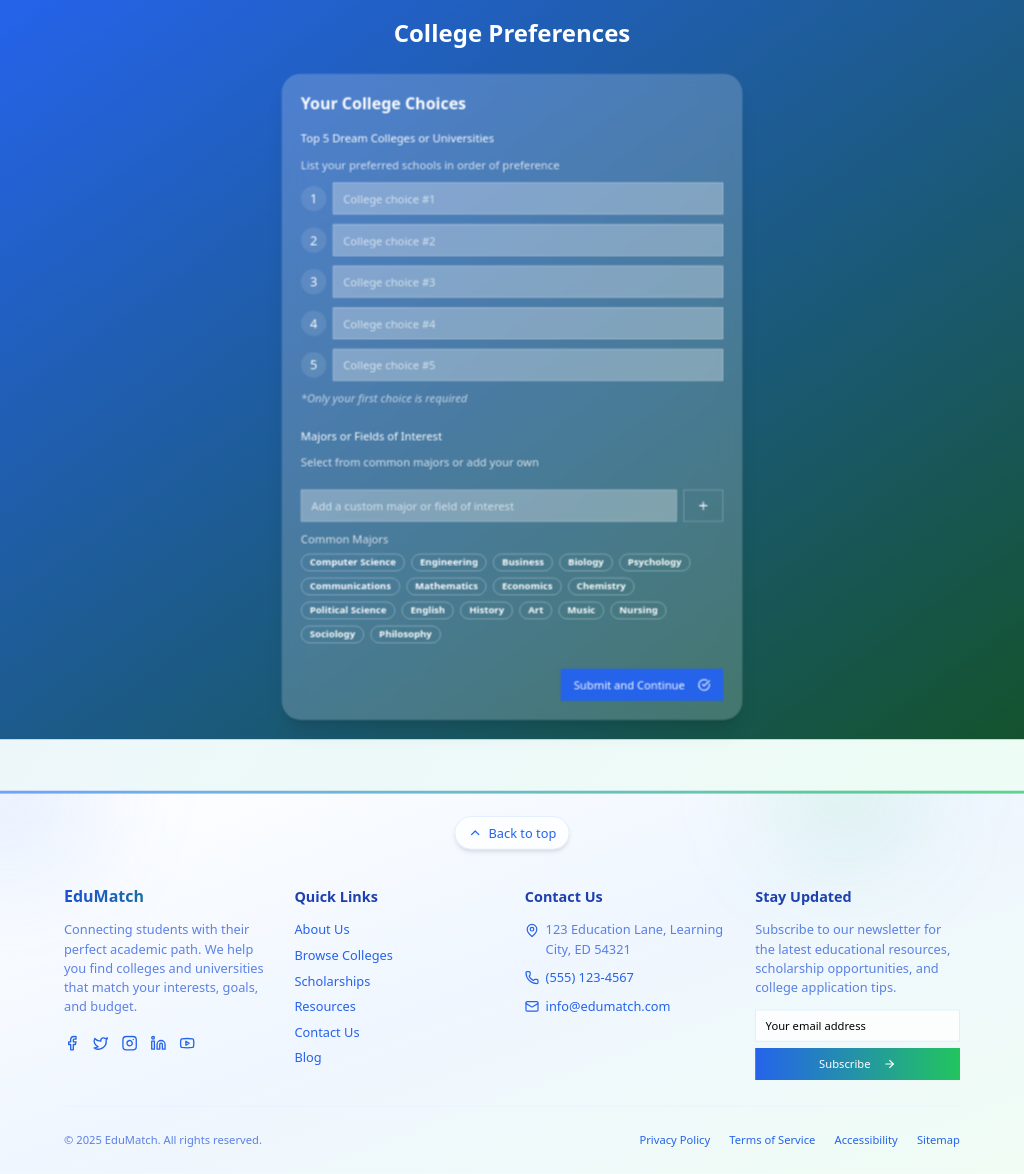
Repository: Kish202/EdTech
Page: /college-preferences
An editor plug-in stored every save of this project. The page is shown before and after the next save, followed by the edit.
The browser window is 1280 px wide. The pictures show the whole page, at 80% of full size.
The project was rebuilt for these pictures with package versions that can differ from the ones it lists, and the page was loaded fresh each time. Also part of the build but not shown: vite.config.js, src/components/sections/Navbar.jsx, src/components/registerforms/RegisterForm.jsx, src/components/sections/Hero.jsx, src/components/sections/Steps.jsx, src/components/ui/avatar.jsx, src/components/sections/Testmonials.jsx, src/components/ui/select.jsx and 12 more.

Above is the page before, as saved 2025-04-18 18:53:25.

### src/index.css

@import "slick-carousel/slick/slick.css";
@import "slick-carousel/slick/slick-theme.css";

@tailwind base;
@tailwind components;
@tailwind utilities;

### src/App.jsx
import { useState } from 'react'
import reactLogo from './assets/react.svg'
import viteLogo from '/vite.svg'
import './App.css'
import Navbar from './components/sections/Navbar'
import { BrowserRouter as Router, Routes, Route } from 'react-router-dom';
import RegisterForm from './components/registerforms/RegisterForm'
import HeroSection from './components/sections/Hero'
import ProcessSection from './components/sections/Steps'
import TestimonialSection from './components/sections/Testmonials'
import Footer from './components/sections/Footer'
import RegistrationForm from './components/registerforms/Form1'
import InfoCard from './components/registerforms/Form2'
import CollegePreferencesCard from './components/registerforms/Form3'
import ExperienceActivitiesCard from './components/registerforms/Form4'
import FinancialInfoCard from './components/registerforms/Form5'
import EtcInfoCard from './components/registerforms/Form6'

import Home from './components/pages/Home'
// import RegistrationForm from './../.history/src/components/registerforms/Form1_20250417215614';
function App() {
  const [count, setCount] = useState(0)

  return (

<Router>
    <div className="min-h-screen bg-gradient-to-br from-blue-100/50 to-green-100/50">




<Routes>

<Route path="/" element={<Home/>} />

<Route path="/register" element={<RegistrationForm/>} />
<Route path="/academic-info" element={<InfoCard/>} />
<Route path="/college-preferences" element={<CollegePreferencesCard/>} />
<Route path="/experience-activities" element={<ExperienceActivitiesCard/>} />
<Route path="/financial-info" element={<FinancialInfoCard/>} />
<Route path="/etc-info" element={<EtcInfoCard/>} />

</Routes>


<Footer/>
       </div>
       </Router>

  )
}

export default App

### src/components/registerforms/Form3.jsx
import React, { useState, useEffect } from 'react';
import { Card, CardContent, CardFooter } from '@/components/ui/card';
import { Input } from '@/components/ui/input';
import { Button } from '@/components/ui/button';
import { Label } from '@/components/ui/label';
import { ChevronRight, AlertCircle, X, Plus, CheckCircle } from 'lucide-react';
import { Badge } from '@/components/ui/badge';
import {useNavigate} from "react-router-dom"

export default function CollegePreferencesCard() {
  // State for form data
  const [formData, setFormData] = useState({
    colleges: ['', '', '', '', ''],
    majors: []
  });

  const navigate = useNavigate();
  // State for new major input
  const [newMajor, setNewMajor] = useState('');

  // State for errors
  const [errors, setErrors] = useState({});

  // Common majors/fields of interest
  const commonMajors = [
    "Computer Science", "Engineering", "Business", "Biology",
    "Psychology", "Communications", "Mathematics", "Economics",
    "Chemistry", "Political Science", "English", "History",
    "Art", "Music", "Nursing", "Sociology", "Philosophy"
  ];

  // Load data from local storage on component mount
  useEffect(() => {
    const savedData = localStorage.getItem('collegePreferencesData');
    if (savedData) {
      try {
        const parsedData = JSON.parse(savedData);
        setFormData(parsedData);
      } catch (e) {
        console.error("Error parsing saved data:", e);
      }
    }
  }, []);

  // Handle college input changes
  const handleCollegeChange = (index, value) => {
    const updatedColleges = [...formData.colleges];
    updatedColleges[index] = value;

    setFormData({
      ...formData,
      colleges: updatedColleges
    });

    // Clear error when user types
    if (errors.colleges) {
      setErrors({ ...errors, colleges: '' });
    }
  };

  // Add a major from the pre-defined list
  const addCommonMajor = (major) => {
    if (!formData.majors.includes(major)) {
      const updatedMajors = [...formData.majors, major];
      setFormData({
        ...formData,
        majors: updatedMajors
      });

      // Clear error when user adds a major
      if (errors.majors) {
        setErrors({ ...errors, majors: '' });
      }
    }
  };

  // Add a custom major
  const addCustomMajor = () => {
    if (newMajor.trim() !== '' && !formData.majors.includes(newMajor.trim())) {
      const updatedMajors = [...formData.majors, newMajor.trim()];
      setFormData({
        ...formData,
        majors: updatedMajors
      });
      setNewMajor('');

      // Clear error when user adds a major
      if (errors.majors) {
        setErrors({ ...errors, majors: '' });
      }
    }
  };

  // Remove a major
  const removeMajor = (major) => {
    const updatedMajors = formData.majors.filter(m => m !== major);
    setFormData({
      ...formData,
      majors: updatedMajors
    });
  };

  // Handle input for custom major
  const handleNewMajorChange = (e) => {
    setNewMajor(e.target.value);
  };

  // Handle Enter key press on custom major input
  const handleKeyPress = (e) => {
    if (e.key === 'Enter') {
      e.preventDefault();
      addCustomMajor();
    }
  };

  // Validate form
  const validateForm = () => {
    let formErrors = {};
    let isValid = true;

    // Validate at least one college is entered
    if (!formData.colleges[0] || formData.colleges[0].trim() === '') {
      formErrors.colleges = 'Please enter at least your top college choice';
      isValid = false;
    }

    // Validate majors
    if (formData.majors.length === 0) {
      formErrors.majors = 'Please select or enter at least one major or field of interest';
      isValid = false;
    }

    setErrors(formErrors);
    return isValid;
  };

  // Handle submit button click
  const handleSubmit = () => {
    if (validateForm()) {
      // Store in local storage
      localStorage.setItem('collegePreferencesData', JSON.stringify(formData));
      navigate('/experience-activities')
      // Simulate navigation to next page
      alert("Data saved! Ready to navigate to the next page.");
      // In a real application, you would use something like:
      // navigate('/next-page');
    }
  };

  // Error message component
  const ErrorMessage = ({ error }) => {
    if (!error) return null;

    return (
      <div className="text-red-400 text-sm mt-1 flex items-center">
        <AlertCircle className="h-3 w-3 mr-1" />
        {error}
      </div>
    );
  };

  return (
    <div className="min-h-screen flex flex-col items-center justify-center p-6 bg-gradient-to-br from-blue-600 to-green-900">
      <h1 className="text-3xl font-bold text-white mb-8 text-center">
        College Preferences
      </h1>

      <Card className="bg-white/20 backdrop-blur-md shadow-xl border-0 transition-all duration-300 transform max-w-xl w-full rounded-3xl">
        <CardContent className="pt-6">
          <h2 className="text-xl font-semibold mb-4 text-white">Your College Choices</h2>

          <div className="space-y-6">
            {/* Dream Colleges */}
            <div className="space-y-3">
              <Label className="text-white font-medium">Top 5 Dream Colleges or Universities</Label>
              <p className="text-white/80 text-sm">
                List your preferred schools in order of preference
              </p>

              {formData.colleges.map((college, index) => (
                <div key={index} className="flex items-center space-x-2">
                  <div className="flex items-center justify-center bg-white/10 rounded-full w-8 h-8 shrink-0">
                    <span className="text-white font-medium">{index + 1}</span>
                  </div>
                  <Input
                    value={college}
                    onChange={(e) => handleCollegeChange(index, e.target.value)}
                    className={`bg-white/30 text-white placeholder:text-white/70 border-white/30 flex-1 ${
                      index === 0 && errors.colleges ? 'border-red-400' : 'border-white/30'
                    }`}
                    placeholder={`College choice #${index + 1}`}
                  />
                </div>
              ))}

              {errors.colleges && <ErrorMessage error={errors.colleges} />}

              <p className="text-white/70 italic text-sm mt-1">
                *Only your first choice is required
              </p>
            </div>

            {/* Majors/Fields of Interest */}
            <div className="space-y-3">
              <Label className="text-white font-medium">
                Majors or Fields of Interest
              </Label>
              <p className="text-white/80 text-sm">
                Select from common majors or add your own
              </p>

              {/* Selected majors display */}
              <div className="flex flex-wrap gap-2 mb-2">
                {formData.majors.map((major, index) => (
                  <Badge
                    key={index}
                    className="bg-green-600 hover:bg-green-700 text-white px-3 py-1 flex items-center"
                  >
                    {major}
                    <button
                      onClick={() => removeMajor(major)}
                      className="ml-2 hover:bg-white/20 rounded-full p-1"
                    >
                      <X className="h-3 w-3" />
                    </button>
                  </Badge>
                ))}
              </div>

              {/* Custom major input */}
              <div className="flex space-x-2">
                <Input
                  value={newMajor}
                  onChange={handleNewMajorChange}
                  onKeyPress={handleKeyPress}
                  className="bg-white/30 text-white placeholder:text-white/70 border-white/30 flex-1"
                  placeholder="Add a custom major or field of interest"
                />
                <Button
                  onClick={addCustomMajor}
                  variant="outline"
                  className="border-white/30 text-white hover:bg-white/20 hover:text-white"
                >
                  <Plus className="h-4 w-4" />
                </Button>
              </div>

              {/* Common majors */}
              <div className="mt-3">
                <Label className="text-white/80 text-sm mb-2 block">Common Majors</Label>
                <div className="flex flex-wrap gap-2">
                  {commonMajors.map((major, index) => (
                    <Badge
                      key={index}
                      variant="outline"
                      className={`border-white/40 text-white cursor-pointer hover:bg-white/20 ${
                        formData.majors.includes(major) ? 'bg-white/20' : 'bg-transparent'
                      }`}
                      onClick={() => addCommonMajor(major)}
                    >
                      {major}
                    </Badge>
                  ))}
                </div>
              </div>

              {errors.majors && <ErrorMessage error={errors.majors} />}
            </div>
          </div>
        </CardContent>

        <CardFooter className="flex justify-end pt-2 pb-6">
          <Button
            onClick={handleSubmit}
            className="bg-blue-600 hover:bg-blue-700 text-white"
          >
            Submit and Continue <CheckCircle className="ml-2 h-4 w-4" />
          </Button>
        </CardFooter>
      </Card>
    </div>
  );
}

### src/components/ui/button.jsx
import * as React from "react"
import { Slot } from "@radix-ui/react-slot"
import { cva } from "class-variance-authority";

import { cn } from "@/lib/utils"

const buttonVariants = cva(
  "inline-flex items-center justify-center gap-2 whitespace-nowrap rounded-md text-sm font-medium ring-offset-background transition-colors focus-visible:outline-none focus-visible:ring-2 focus-visible:ring-ring focus-visible:ring-offset-2 disabled:pointer-events-none disabled:opacity-50 [&_svg]:pointer-events-none [&_svg]:size-4 [&_svg]:shrink-0",
  {
    variants: {
      variant: {
        default: "bg-primary text-primary-foreground hover:bg-primary/90",
        destructive:
          "bg-destructive text-destructive-foreground hover:bg-destructive/90",
        outline:
          "border border-input bg-background hover:bg-accent hover:text-accent-foreground",
        secondary:
          "bg-secondary text-secondary-foreground hover:bg-secondary/80",
        ghost: "hover:bg-accent hover:text-accent-foreground",
        link: "text-primary underline-offset-4 hover:underline",
      },
      size: {
        default: "h-10 px-4 py-2",
        sm: "h-9 rounded-md px-3",
        lg: "h-11 rounded-md px-8",
        icon: "h-10 w-10",
      },
    },
    defaultVariants: {
      variant: "default",
      size: "default",
    },
  }
)

const Button = React.forwardRef(({ className, variant, size, asChild = false, ...props }, ref) => {
  const Comp = asChild ? Slot : "button"
  return (
    <Comp
      className={cn(buttonVariants({ variant, size, className }))}
      ref={ref}
      {...props} />
  );
})
Button.displayName = "Button"

export { Button, buttonVariants }

### src/components/ui/input.jsx
import * as React from "react"

import { cn } from "@/lib/utils"

const Input = React.forwardRef(({ className, type, ...props }, ref) => {
  return (
    <input
      type={type}
      className={cn(
        "flex h-10 w-full rounded-md border border-input bg-background px-3 py-2 text-base ring-offset-background file:border-0 file:bg-transparent file:text-sm file:font-medium file:text-foreground placeholder:text-muted-foreground focus-visible:outline-none focus-visible:ring-2 focus-visible:ring-ring focus-visible:ring-offset-2 disabled:cursor-not-allowed disabled:opacity-50 md:text-sm",
        className
      )}
      ref={ref}
      {...props} />
  );
})
Input.displayName = "Input"

export { Input }

### src/components/ui/card.jsx
import * as React from "react"

import { cn } from "@/lib/utils"

const Card = React.forwardRef(({ className, ...props }, ref) => (
  <div
    ref={ref}
    className={cn("rounded-lg border bg-card text-card-foreground shadow-sm", className)}
    {...props} />
))
Card.displayName = "Card"

const CardHeader = React.forwardRef(({ className, ...props }, ref) => (
  <div
    ref={ref}
    className={cn("flex flex-col space-y-1.5 p-6", className)}
    {...props} />
))
CardHeader.displayName = "CardHeader"

const CardTitle = React.forwardRef(({ className, ...props }, ref) => (
  <div
    ref={ref}
    className={cn("text-2xl font-semibold leading-none tracking-tight", className)}
    {...props} />
))
CardTitle.displayName = "CardTitle"

const CardDescription = React.forwardRef(({ className, ...props }, ref) => (
  <div
    ref={ref}
    className={cn("text-sm text-muted-foreground", className)}
    {...props} />
))
CardDescription.displayName = "CardDescription"

const CardContent = React.forwardRef(({ className, ...props }, ref) => (
  <div ref={ref} className={cn("p-6 pt-0", className)} {...props} />
))
CardContent.displayName = "CardContent"

const CardFooter = React.forwardRef(({ className, ...props }, ref) => (
  <div
    ref={ref}
    className={cn("flex items-center p-6 pt-0", className)}
    {...props} />
))
CardFooter.displayName = "CardFooter"

export { Card, CardHeader, CardFooter, CardTitle, CardDescription, CardContent }

### src/components/ui/accordion.jsx
import * as React from "react"
import * as AccordionPrimitive from "@radix-ui/react-accordion"
import { ChevronDown } from "lucide-react"

import { cn } from "@/lib/utils"

const Accordion = AccordionPrimitive.Root

const AccordionItem = React.forwardRef(({ className, ...props }, ref) => (
  <AccordionPrimitive.Item ref={ref} className={cn("border-b", className)} {...props} />
))
AccordionItem.displayName = "AccordionItem"

const AccordionTrigger = React.forwardRef(({ className, children, ...props }, ref) => (
  <AccordionPrimitive.Header className="flex">
    <AccordionPrimitive.Trigger
      ref={ref}
      className={cn(
        "flex flex-1 items-center justify-between py-4 font-medium transition-all hover:underline [&[data-state=open]>svg]:rotate-180",
        className
      )}
      {...props}>
      {children}
      <ChevronDown className="h-4 w-4 shrink-0 transition-transform duration-200" />
    </AccordionPrimitive.Trigger>
  </AccordionPrimitive.Header>
))
AccordionTrigger.displayName = AccordionPrimitive.Trigger.displayName

const AccordionContent = React.forwardRef(({ className, children, ...props }, ref) => (
  <AccordionPrimitive.Content
    ref={ref}
    className="overflow-hidden text-sm transition-all data-[state=closed]:animate-accordion-up data-[state=open]:animate-accordion-down"
    {...props}>
    <div className={cn("pb-4 pt-0", className)}>{children}</div>
  </AccordionPrimitive.Content>
))

AccordionContent.displayName = AccordionPrimitive.Content.displayName

export { Accordion, AccordionItem, AccordionTrigger, AccordionContent }

### src/components/ui/badge.jsx
import * as React from "react"
import { cva } from "class-variance-authority";

import { cn } from "@/lib/utils"

const badgeVariants = cva(
  "inline-flex items-center rounded-full border px-2.5 py-0.5 text-xs font-semibold transition-colors focus:outline-none focus:ring-2 focus:ring-ring focus:ring-offset-2",
  {
    variants: {
      variant: {
        default:
          "border-transparent bg-primary text-primary-foreground hover:bg-primary/80",
        secondary:
          "border-transparent bg-secondary text-secondary-foreground hover:bg-secondary/80",
        destructive:
          "border-transparent bg-destructive text-destructive-foreground hover:bg-destructive/80",
        outline: "text-foreground",
      },
    },
    defaultVariants: {
      variant: "default",
    },
  }
)

function Badge({
  className,
  variant,
  ...props
}) {
  return (<div className={cn(badgeVariants({ variant }), className)} {...props} />);
}

export { Badge, badgeVariants }

Loaded but not shown: index.html (common file); src/main.jsx (common file); src/App.css (common file); src/lib/utils.js (common file); src/components/ui/label.jsx (common file); src/components/ui/separator.jsx (common file); tailwind.config.js (158 lines, source omitted); src/components/sections/Footer.jsx (229 lines, source omitted)

After the next save:
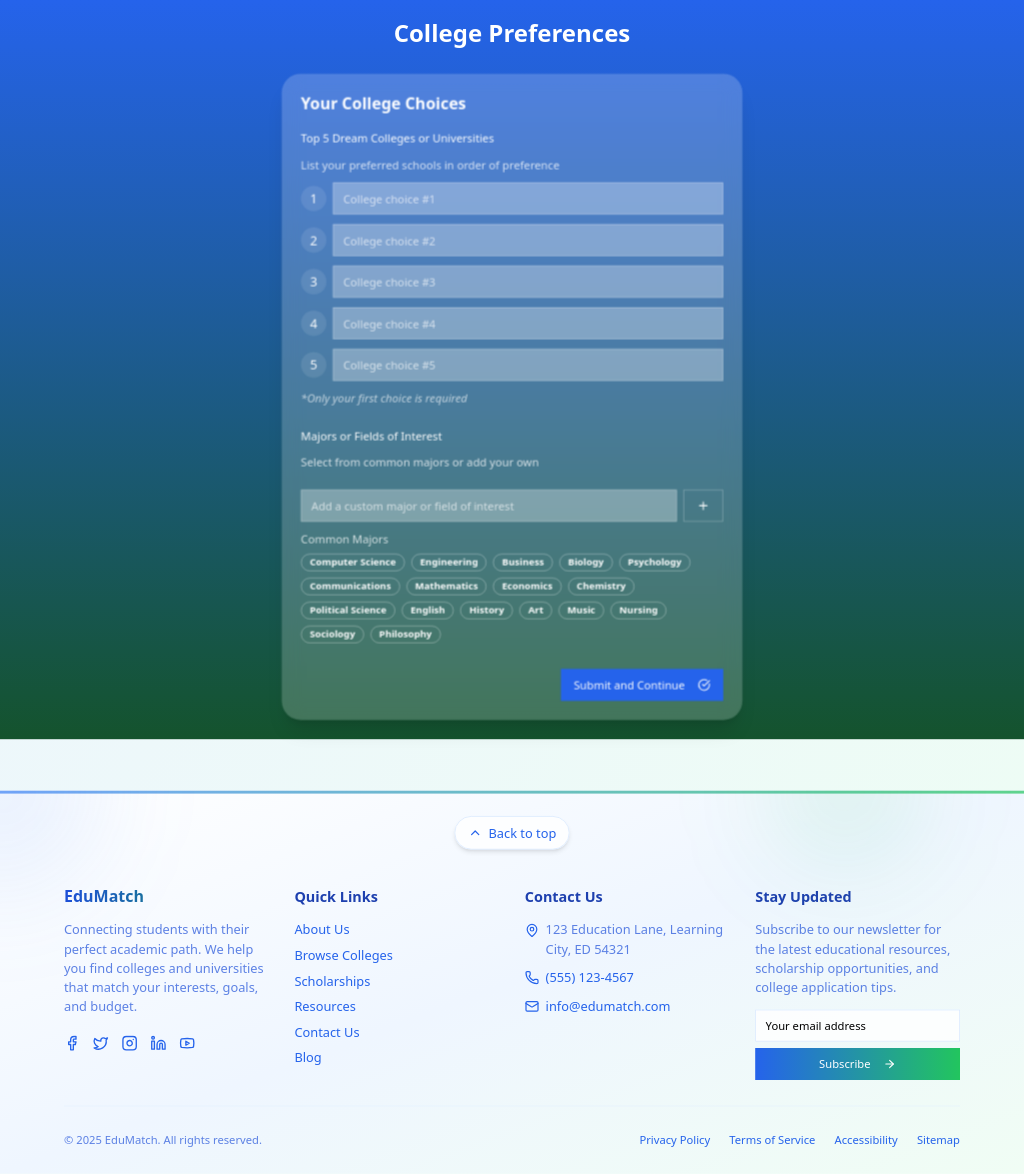
Saved 13 s later.
--- a/src/components/registerforms/Form3.jsx
+++ b/src/components/registerforms/Form3.jsx
@@ -160,7 +160,7 @@ export default function CollegePreferencesCard() {
   };
 
   return (
-    <div className="min-h-screen flex flex-col items-center justify-center p-6 bg-gradient-to-br from-blue-600 to-green-900">
+    <div className="min-h-screen flex flex-col items-center justify-center p-6 bg-gradient-to-b from-blue-600 to-green-900">
       <h1 className="text-3xl font-bold text-white mb-8 text-center">
         College Preferences
       </h1>
